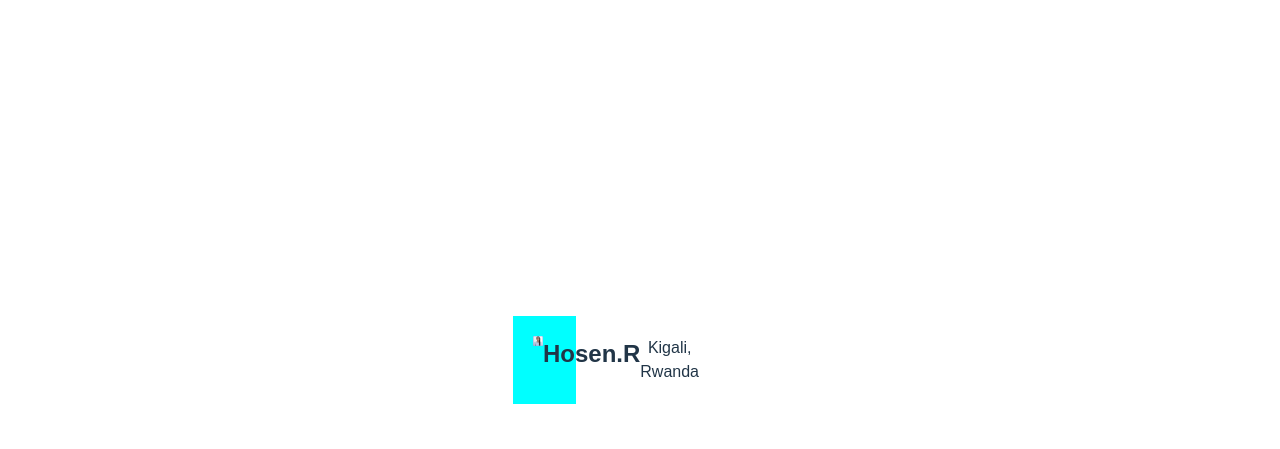
Repository: Auda-frontend/Kenshikeza
Page: /
These files come from the project's save history. The page is drawn as it stood at one moment and after a run of saves; the edit follows.
The browser window is 1280 px wide. The pictures show the whole page.
The project was rebuilt for these pictures with package versions that can differ from the ones it lists, and the page was loaded fresh each time. Also part of the build but not shown: vite.config.js.

Above is the page before, as saved 2024-01-24 22:39:01.

### src/App.jsx
import './App.css'
import SideBar from './Components/SideBar'

function App() {
  return (
    <div>
      <SideBar />
    </div>
  )
}

export default App

### src/Components/SideBar.jsx
import React from "react";
import Profile from "../assets/Rectangle 79.png";
import './SideBar.css';

function SideBar() {
  return (
    <div className="container">
    <div className="leftSide">
      <img src={Profile} alt="Profile photo" className="profilePhoto" />
      <h2 className="names">Hosen.R</h2>
      <p>Kigali, Rwanda</p>
    </div>
    </div>
  );
}

export default SideBar;

### src/Components/SideBar.css
*{
    margin: 0;
    padding: 0;
    box-sizing: border-box;
    font-family: sans-serif;
}
.leftSide{
    display: flex;
    max-width: 25%;
    max-height: 100%;
    padding: 20px;
    background-color: aqua;
}
.leftSide .profilePhoto{
    float: left;
    width: 10px;
    height: 10px;
}

Loaded but not shown: index.html (common file); src/main.jsx (common file); src/index.css (common file); src/App.css (common file)

After the next 4 saves:
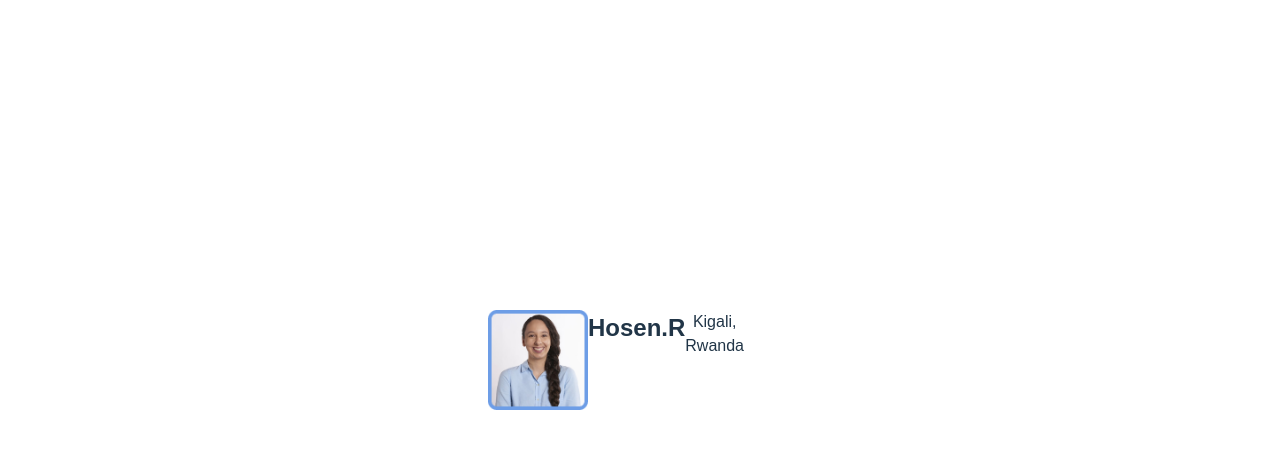
The 4 saves are shown as one change because they came seconds apart.
The last was saved 25 s later.
--- a/src/Components/SideBar.css
+++ b/src/Components/SideBar.css
@@ -9,10 +9,9 @@
     max-width: 25%;
     max-height: 100%;
     padding: 20px;
-    background-color: aqua;
 }
 .leftSide .profilePhoto{
     float: left;
-    width: 10px;
-    height: 10px;
+    width: 100px;
+    height: 100px;
 }
